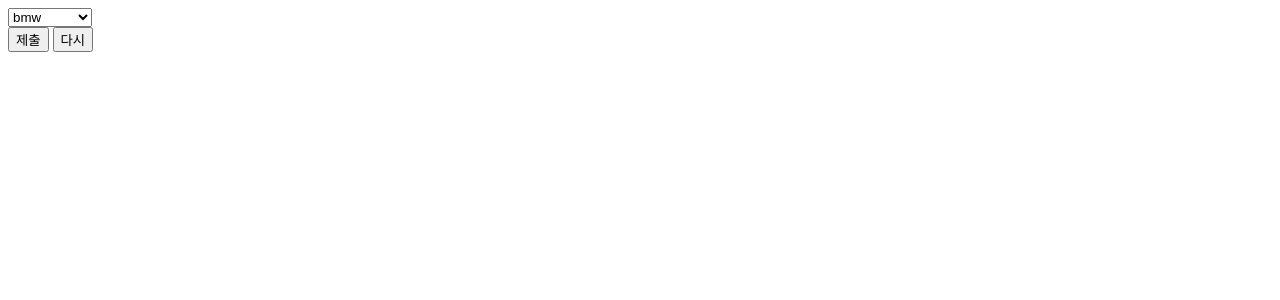
Repository: daehyeonhong/HTML
Page: ch03/WebContent/selectoption2.html
The author's editor kept a copy of each file at every save. The page is drawn from the files as they stood at one save, then again after the next save.
The browser window is 1280 px wide. The pictures show the whole page.

Above is the page before, as saved 2020-05-18 05:40:23.

After the next save:
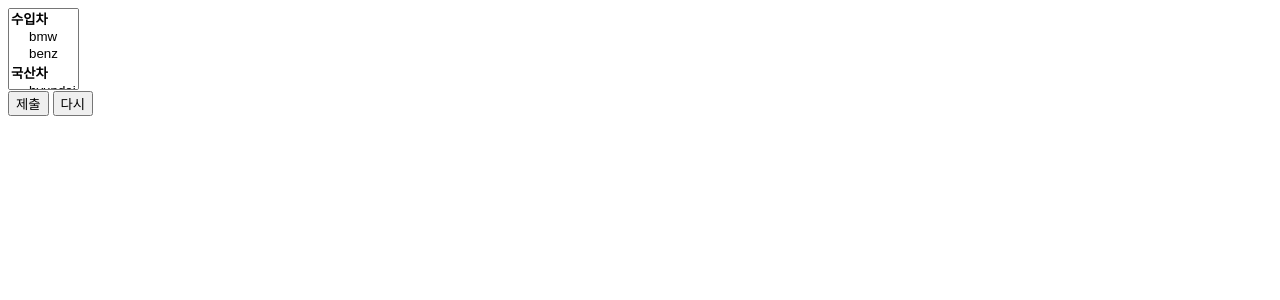
Saved 50 s later.
--- a/ch03/WebContent/selectoption2.html
+++ b/ch03/WebContent/selectoption2.html
@@ -6,7 +6,7 @@
 </head>
 <body>
 	<form>
-		<select name="cars">
+		<select name="cars" multiple="multiple">
 			<optgroup label="수입차">
 				<option value="bmw">bmw</option>
 				<option value="benz">benz</option>
